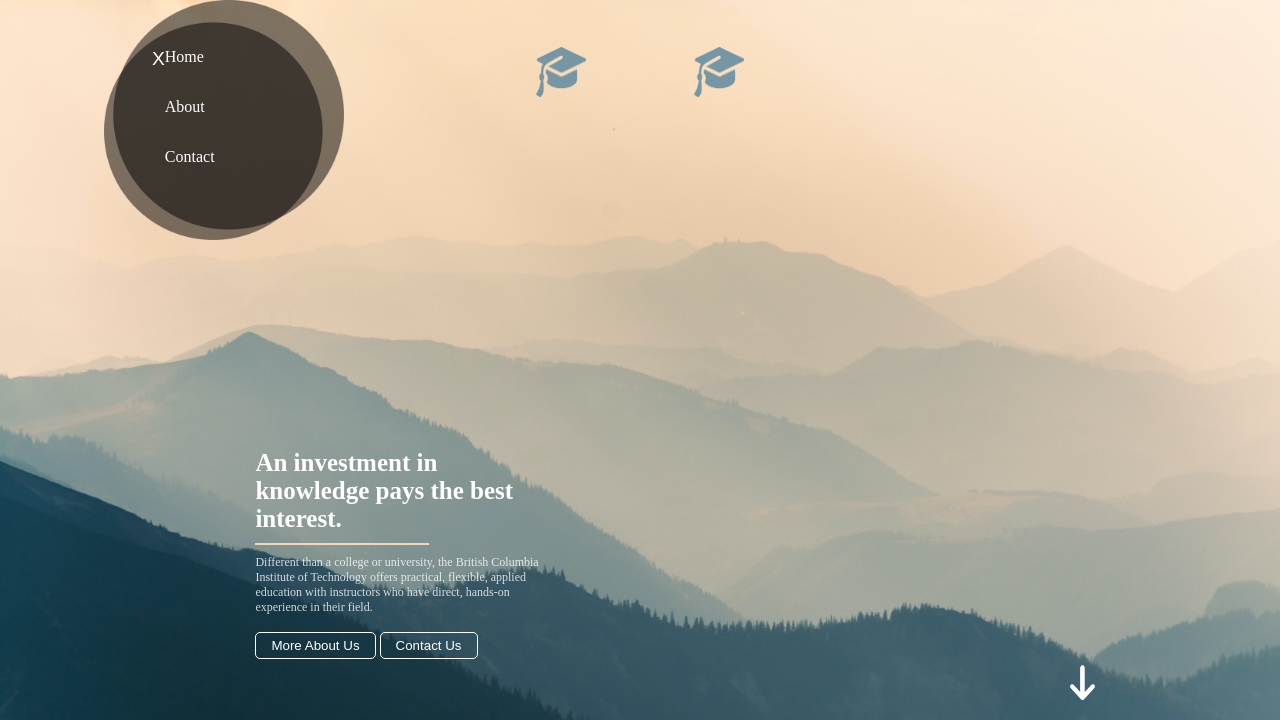
Repository: Sheraliramzan/Aly_A01253508_Assignment1
Page: /, after clicking the first element matching `img`
An editor plug-in stored every save of this project. The page is shown before and after a run of saves, followed by the edit.
The browser window is 1280 px wide. The pictures show the whole page.
An inner scrolling area shows only its first screen. The project was rebuilt for these pictures with package versions that can differ from the ones it lists, and the page was loaded fresh each time. The framework's server and built-in components were replaced by stand-ins that run in the browser. Also part of the build but not shown: next.config.js.

Above is the page before, as saved 2023-02-04 17:15:12.

After the next 2 saves:
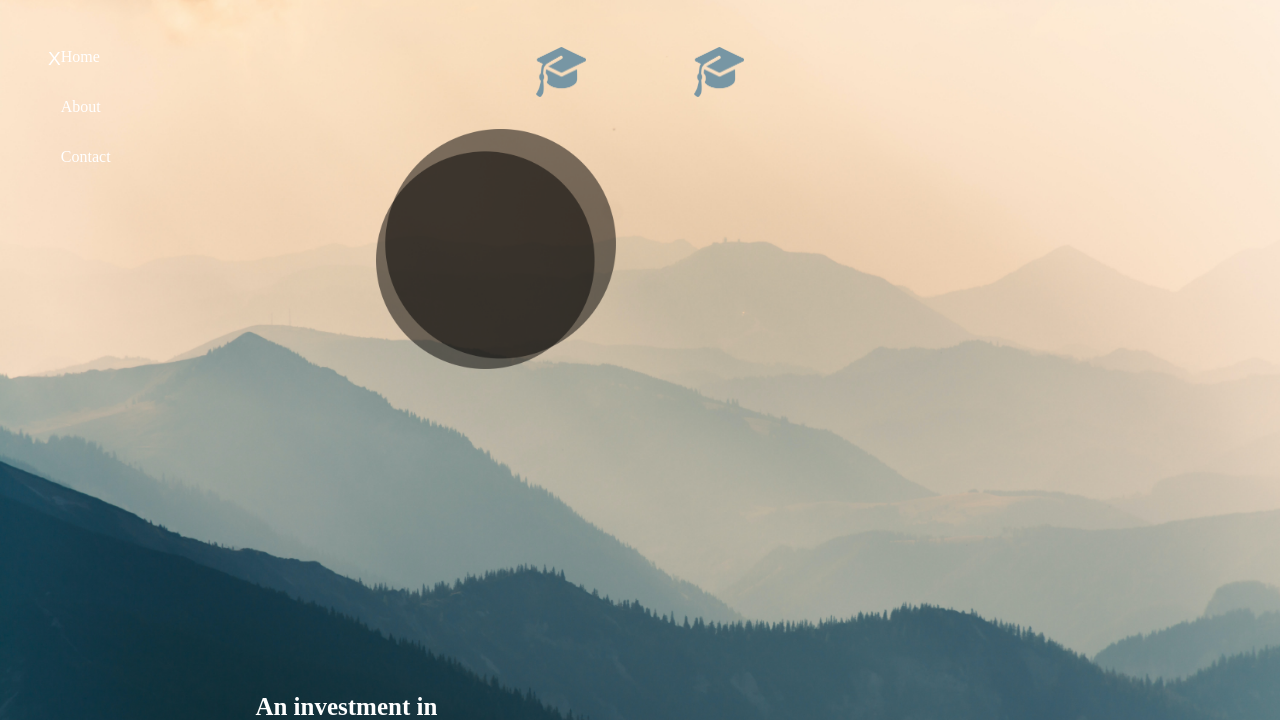
The 2 saves are shown as one change because they came seconds apart.
The last was saved 16 s later.
--- a/components/nav/nav.jsx
+++ b/components/nav/nav.jsx
@@ -22,7 +22,7 @@ export default function Navbar() {
         <Image src={"/icons/graduation-hat.png"} width={50} height={50} />
       </div>
       {isMenuOpen && (
-        <div className="menu-bg-container">
+        <div className="menucont">
           <div className="list-container">
             <div className="btn-container">
               <button className="close-btn" onClick={handleMenu}>

After the 2 saves that followed:
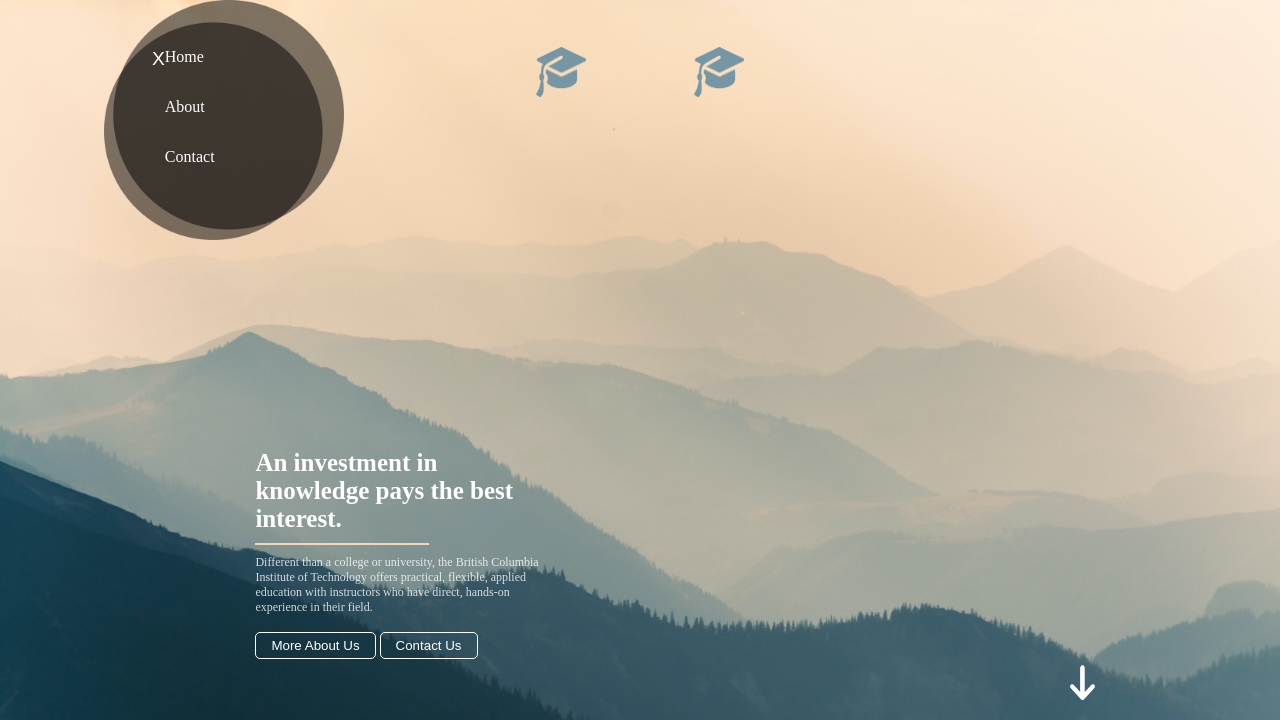
The 2 saves are shown as one change because 1 left the picture as it was.
The last was saved 12 s later.
--- a/styles/globals.css
+++ b/styles/globals.css
@@ -22,7 +22,7 @@ body {
   justify-content: space-between;
   padding: 2rem 10rem;
 }
-.menu-bg-container {
+.menucont{
   position: absolute;
   top: 0rem;
   left: 6.5rem;
